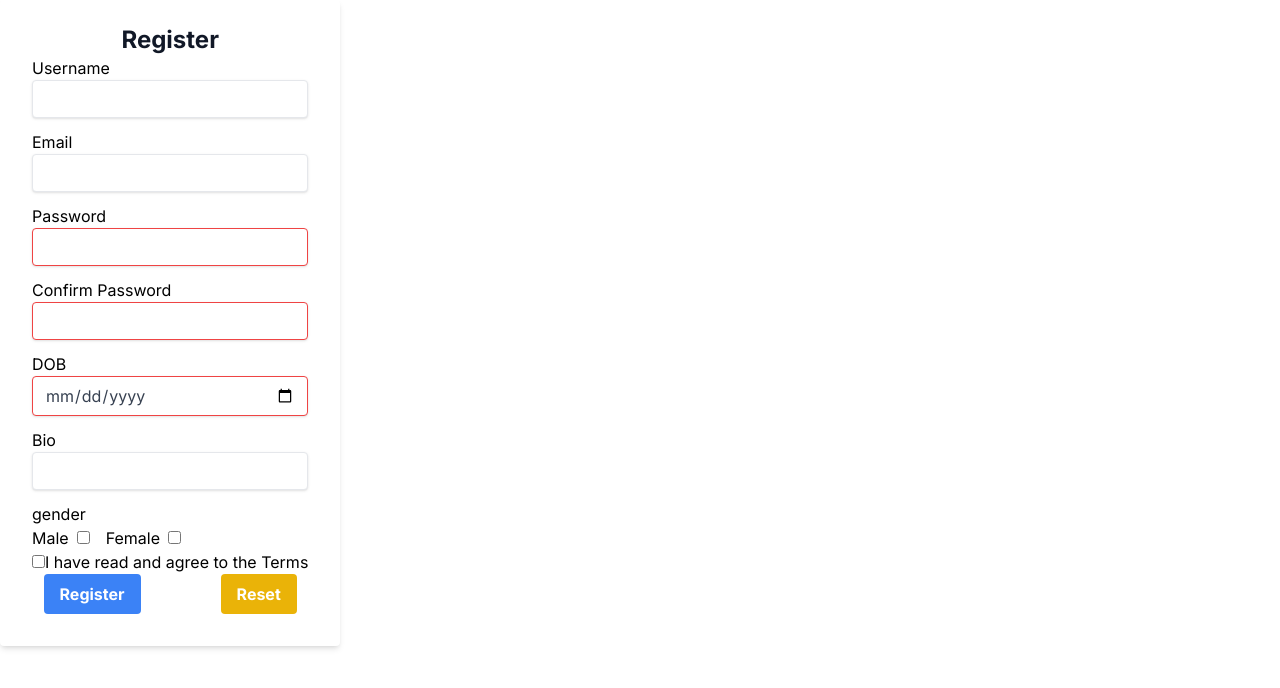
Repository: uh-sman/tiktok-card
Page: /
The author's editor kept a copy of each file at every save. The page is drawn from the files as they stood at one save, then again after the next save.
The browser window is 1280 px wide. The pictures show the whole page.
The project was rebuilt for these pictures with package versions that can differ from the ones it lists, and the page was loaded fresh each time. The framework's server and built-in components were replaced by stand-ins that run in the browser. Also part of the build but not shown: next.config.js.

Above is the page before, as saved 2023-12-19 15:00:08.

### app/page.tsx
'use client'
// import Input from "./components/Input";
import { FieldValues, SubmitHandler, useForm } from "react-hook-form";
import AuthForm from "./components/AuthForm";
type FormValues = {
  name: string,
      email: string,
      password: string,
      confirmPassword: string,
      DateOfBirth: string,
      Bio: string,
      gender: string,
      termsAndConditions: string
}

export default function Home() {
  return (
    <div className="">
      <AuthForm />
    </div>
  )
}



{/* <form class="max-w-sm mx-auto">
  <div class="mb-5">
    <label for="email" class="block mb-2 text-sm font-medium text-gray-900 dark:text-white">Your email</label>
    <input type="email" id="email" class="bg-gray-50 border border-gray-300 text-gray-900 text-sm rounded-lg focus:ring-blue-500 focus:border-blue-500 block w-full p-2.5 dark:bg-gray-700 dark:border-gray-600 dark:placeholder-gray-400 dark:text-white dark:focus:ring-blue-500 dark:focus:border-blue-500" placeholder="name@flowbite.com" required>
  </div>
  <div class="mb-5">
    <label for="password" class="block mb-2 text-sm font-medium text-gray-900 dark:text-white">Your password</label>
    <input type="password" id="password" class="bg-gray-50 border border-gray-300 text-gray-900 text-sm rounded-lg focus:ring-blue-500 focus:border-blue-500 block w-full p-2.5 dark:bg-gray-700 dark:border-gray-600 dark:placeholder-gray-400 dark:text-white dark:focus:ring-blue-500 dark:focus:border-blue-500" required>
  </div>
  <div class="flex items-start mb-5">
    <div class="flex items-center h-5">
      <input id="remember" type="checkbox" value="" class="w-4 h-4 border border-gray-300 rounded bg-gray-50 focus:ring-3 focus:ring-blue-300 dark:bg-gray-700 dark:border-gray-600 dark:focus:ring-blue-600 dark:ring-offset-gray-800 dark:focus:ring-offset-gray-800" required>
    </div>
    <label for="remember" class="ms-2 text-sm font-medium text-gray-900 dark:text-gray-300">Remember me</label>
  </div>
  <button type="submit" class="text-white bg-blue-700 hover:bg-blue-800 focus:ring-4 focus:outline-none focus:ring-blue-300 font-medium rounded-lg text-sm w-full sm:w-auto px-5 py-2.5 text-center dark:bg-blue-600 dark:hover:bg-blue-700 dark:focus:ring-blue-800">Submit</button>
</form> */}

### app/components/AuthForm.tsx
import React from "react";
import { useForm } from "react-hook-form";
// the type of data
type UserSubmitForm = {
    username: string;
    email: string;
    password: string;
    confirmPassword: string;
    acceptTerms: boolean;
    male:boolean;
    female:boolean;
    Bio:string;
    DateOfBirth: number
  };
const AuthForm: React.FC = () => {
    // using the useForm hook from the react-hook-form package
    const {register,handleSubmit, reset,formState} = useForm<UserSubmitForm>()
    // the onSubmit handler
    const onSubmit = (data: UserSubmitForm) => {
        if(data.male && data.female === true) {
            reset()
        }
        console.log(data)
    }
    return (
        <div className="flex max-w-xl">
        <form className="bg-white shadow-md rounded px-8 pt-6 pb-8 mb-4" onSubmit={handleSubmit(onSubmit)}>
        <h2 className="font-bold text-gray-900 text-2xl text-center">Register</h2>
          <div className="flex flex-col">
            <label>Username</label>
            <input
            className="shadow appearance-none border rounded w-full py-2 px-3 text-gray-700 mb-3 leading-tight focus:outline-none focus:shadow-outline"
              type="text"
            //   using the hook to handle form state
            {...register('username')}
            />
            <div className="invalid-feedback">
                </div>
          </div>

          <div className="flex flex-col">
            <label>Email</label>
            <input
            className="shadow appearance-none border rounded w-full py-2 px-3 text-gray-700 mb-3 leading-tight focus:outline-none focus:shadow-outline"
            type="text"
            {...register('email')}
            />
            <div className="invalid-feedback">
                </div>
          </div>

          <div className="flex flex-col">
            <label>Password</label>
            <input
            className="shadow appearance-none border border-red-500 rounded w-full py-2 px-3 text-gray-700 mb-3 leading-tight focus:outline-none focus:shadow-outline"
            type="password"
            {...register('password')}
            />
            <div className="invalid-feedback">
                </div>
          </div>
          <div className="flex flex-col">
            <label>Confirm Password</label>
            <input
            className="shadow appearance-none border border-red-500 rounded w-full py-2 px-3 text-gray-700 mb-3 leading-tight focus:outline-none focus:shadow-outline"
              type="password"
              {...register('confirmPassword')}
            />
            <div className="invalid-feedback">
            </div>
          </div>
          <div className="flex flex-col">
            <label>DOB</label>
            <input
            className="shadow appearance-none border border-red-500 rounded w-full py-2 px-3 text-gray-700 mb-3 leading-tight focus:outline-none focus:shadow-outline"
              type="date"
              {...register('DateOfBirth')}
            />
            <div className="invalid-feedback">
            </div>
          </div>
          <div className="flex flex-col">
            <label>Bio</label>
            <input
            className="shadow appearance-none border rounded w-full py-2 px-3 text-gray-700 mb-3 leading-tight focus:outline-none focus:shadow-outline"
            type="text"
            {...register('Bio')}
            />
            <div className="invalid-feedback">
            </div>
          </div>

          <div className="">
          <label htmlFor="gender" className="font-md">
              gender
            </label>
           <div className="flex items-center gap-4">
           <div className="">
                <label className="mr-2" htmlFor="Male">Male</label>
            <input
              type="checkbox"
              {...register('male')}
              />

            </div>
            <div className="">
                <label className="mr-2" htmlFor="Female">Female</label>
            <input
              type="checkbox"
              {...register('female')}
              />
            </div>
           </div>
            <div className="invalid-feedback">
                </div>
          </div>
          <div className="">
            <input
              type="checkbox"
              {...register('acceptTerms')}
              />
            <label htmlFor="acceptTerms" className="form-check-label">
              I have read and agree to the Terms
            </label>
            <div className="invalid-feedback">
                </div>
          </div>

          <div className="flex justify-center gap-20">
            <button type="submit" className="bg-blue-500 hover:bg-blue-700 text-white font-bold py-2 px-4 rounded focus:outline-none focus:shadow-outline">
              Register
            </button>
            <button
              type="button"
              onClick={() => reset()}
              className="bg-yellow-500 hover:bg-yellow-700 text-white font-bold py-2 px-4 rounded focus:outline-none focus:shadow-outline"
              >
              Reset
            </button>
          </div>
        </form>
      </div>
    )
}

export default AuthForm;

Loaded but not shown: app/layout.tsx (common file); app/globals.css (common file); tailwind.config.ts (common file)

After the next save:
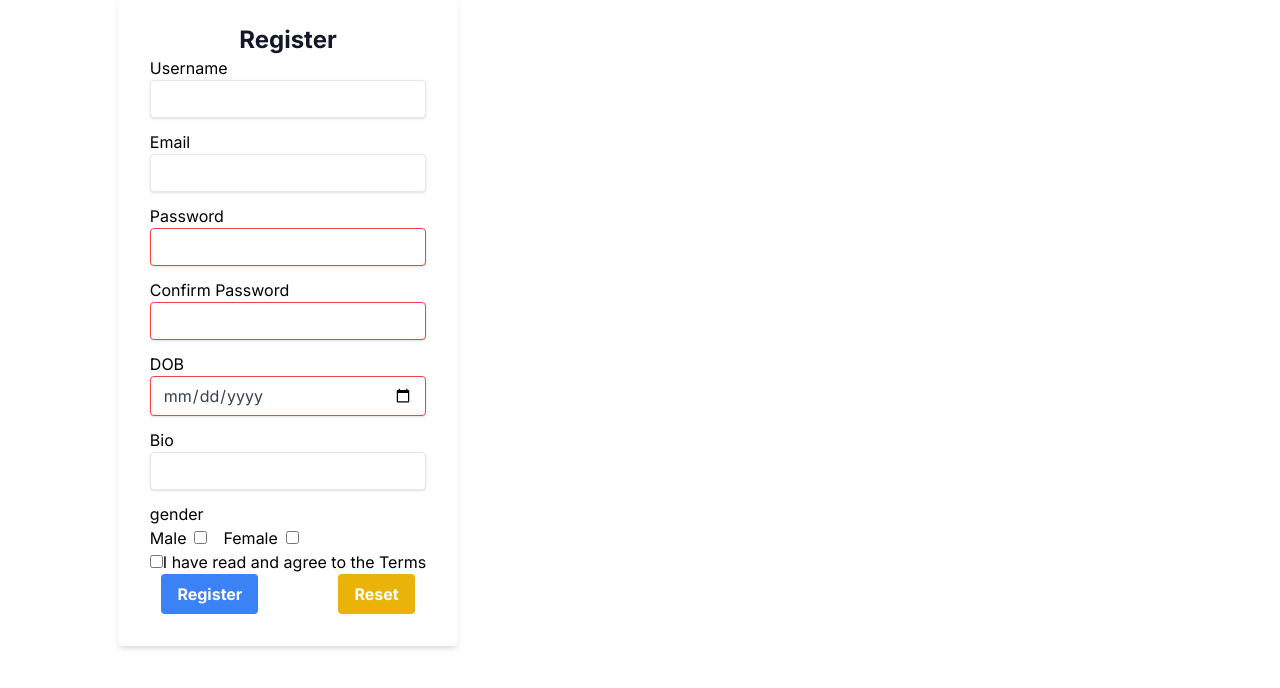
Saved 9 s later.
--- a/app/components/AuthForm.tsx
+++ b/app/components/AuthForm.tsx
@@ -23,7 +23,7 @@ const AuthForm: React.FC = () => {
         console.log(data)
     }
     return (
-        <div className="flex max-w-xl">
+        <div className="flex justify-center max-w-xl">
         <form className="bg-white shadow-md rounded px-8 pt-6 pb-8 mb-4" onSubmit={handleSubmit(onSubmit)}>
         <h2 className="font-bold text-gray-900 text-2xl text-center">Register</h2>
           <div className="flex flex-col">
